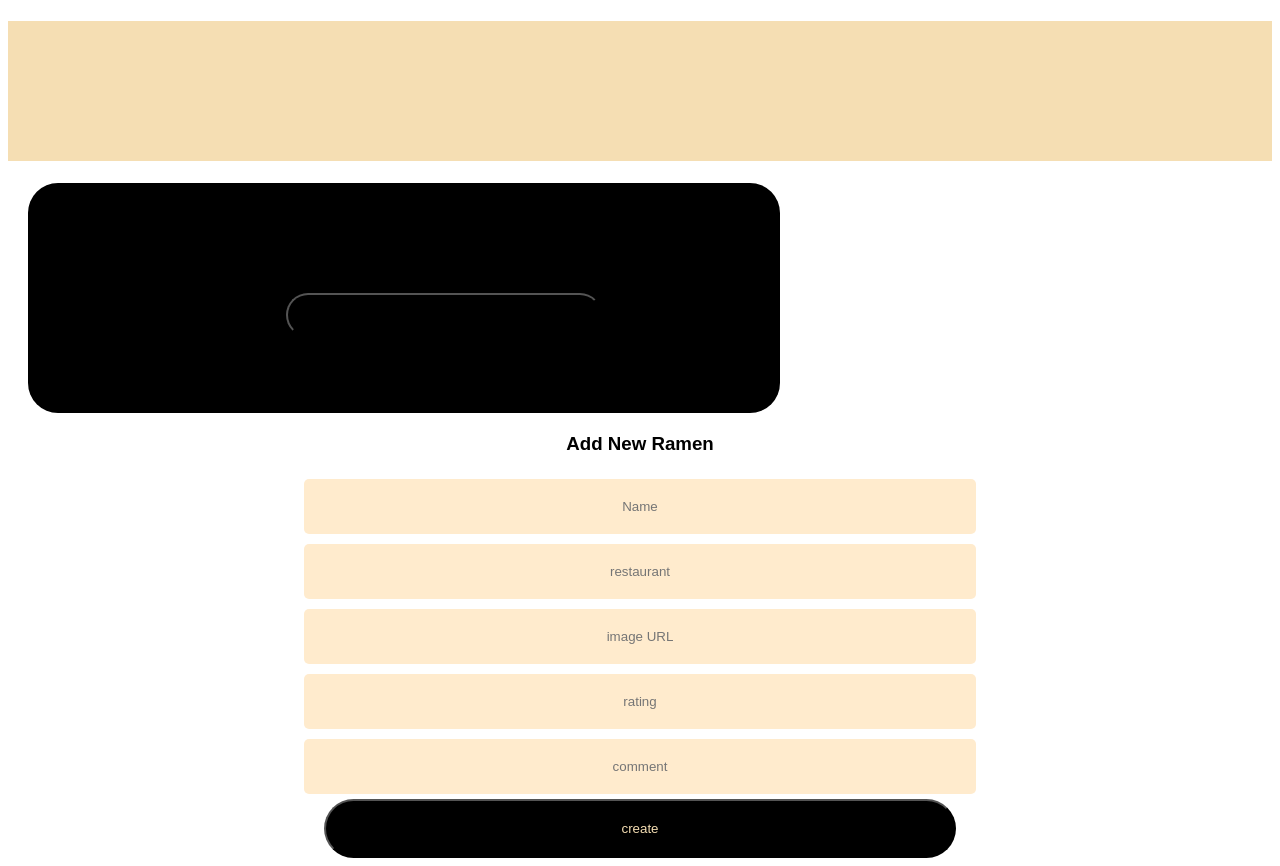
Repository: travinne/travthegr88
Page: code/ramen-rating-app/index.html
These files come from the project's save history. The page is drawn as it stood at one moment and after the next save; the edit follows.
The browser window is 1280 px wide. The pictures show the whole page.

Above is the page before, as saved 2025-03-18 13:20:15.

After the next save:
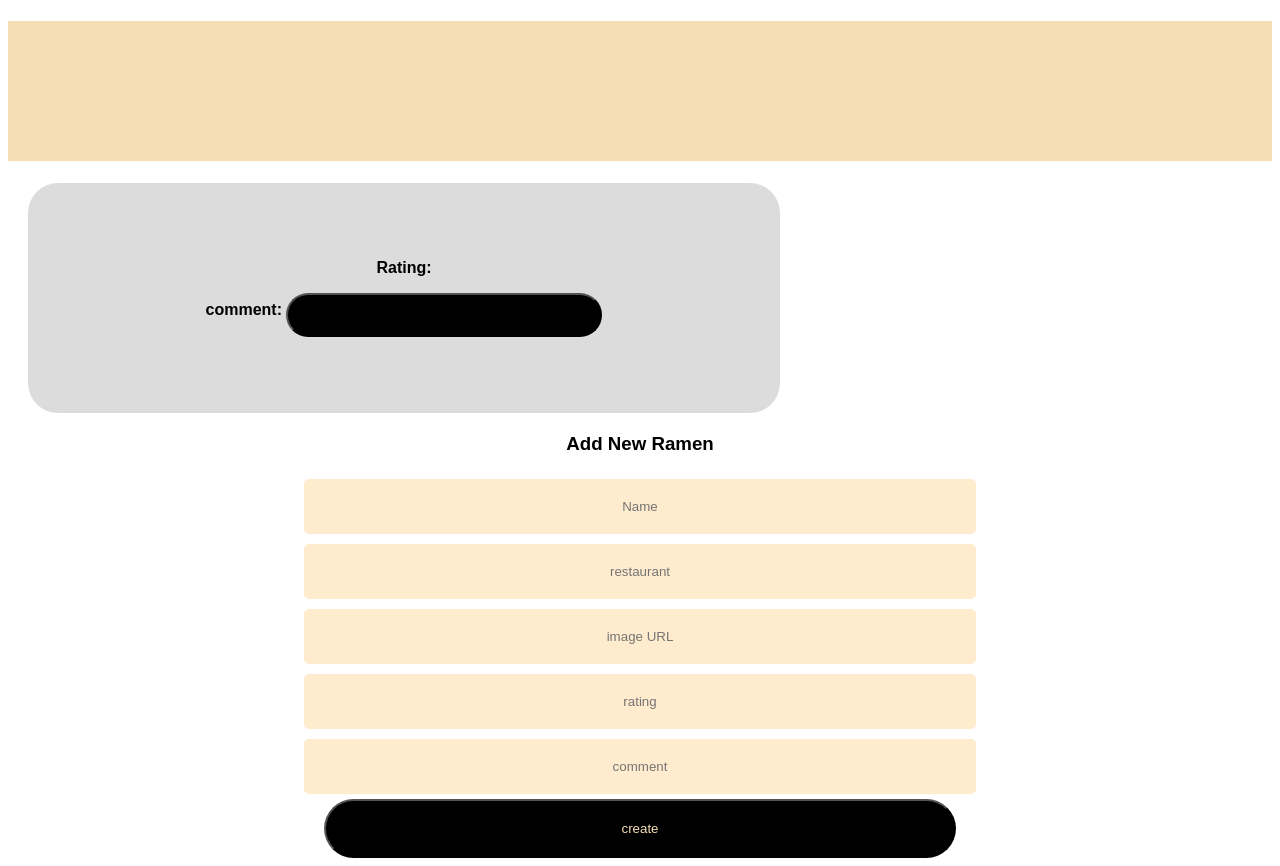
Saved 22 s later.
--- a/code/ramen-rating-app/style.css
+++ b/code/ramen-rating-app/style.css
@@ -26,7 +26,7 @@ h1 {
 }
 
 form {
-       background: black;
+       background:gainsboro;
        padding: 60px;
        width: 50%;
        margin: 20px ;
